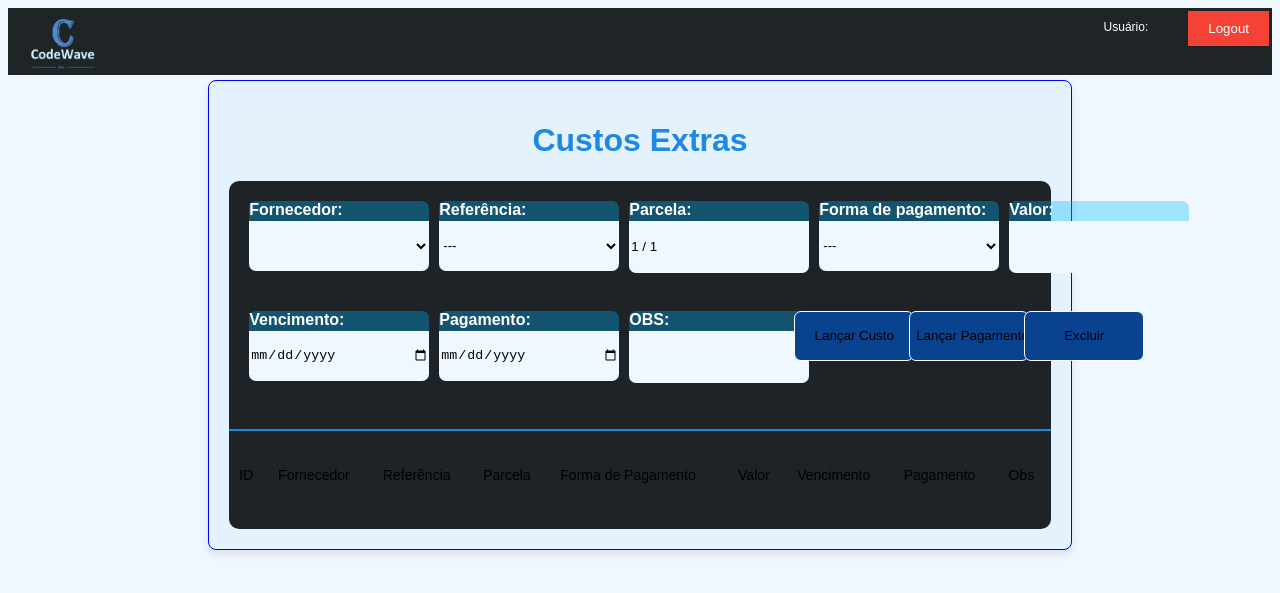
Repository: Romario-Brandao/CodeWave
Page: myproject/loja/templates/outras_despesas.html
An editor plug-in stored every save of this project. The page is shown before and after the next save, followed by the edit.
The browser window is 1280 px wide. The pictures show the whole page.
The template is drawn by Django 5.2. The application's start-up code is not run. Other server files are loaded and not shown. The template is opened directly, without the code that normally fills it, so the values that code supplies are empty.

Above is the page before, as saved 2025-03-01 01:33:03.

### myproject/loja/templates/outras_despesas.html
{% extends 'base.html' %} {% load static %} {% block body %}

<div class="form_fornecedor" style="width: 65%;">
  <h1>Custos Extras</h1>
  <div class="div_pai_custos_extras">
    <div style="display: flex;">
      <div class="caixas_barra_pesquisa_total">
        <h4 class="nome_caixa_item_parcelas">Fornecedor:</h4>
        <select name="fornecedor" class="caixa4">
          <option value=""></option>
          {% for item in fornecedores %}
          <option value="{{item.id}}">{{item.nome}}</option>
          {% endfor %}
        </select>
      </div>
      <div class="caixas_barra_pesquisa_total">
        <h4 class="nome_caixa_item_parcelas">Referência:</h4>
        <select name="forma_pg" class="caixa4" required>
          <option value="">---</option>
        <option value="AGUA">Água</option>
        <option value="CONTADOR">Contador</option>
        <option value="ENERGIA">Energia</option>
        <option value="INTERNET">Internet</option>
        <option value="SISTEMA ERP">Sistema ERP</option>
        <!-- <option value="ENERGIA"></option> -->
        </select>
      </div>
      <div class="caixas_barra_pesquisa_total">
        <h4 class="nome_caixa_item_parcelas">Parcela:</h4>
        <input type="text" name="parcela" class="caixa2_parcelas" value="1 / 1">
      </div>
      <div class="caixas_barra_pesquisa_total">
        <h4 class="nome_caixa_item_parcelas">Forma de pagamento:</h4>
        <select name="forma_pg" class="caixa4" required>
          <option value="">---</option>
          <option value="BOLETO">Boleto</option>
          <option value="C.CREDITO">C.Crédito</option>
          <option value="C.DEBITO">C.Débito</option>
          <option value="DINHEIRO">Dinheiro</option>
          <option value="PIX / TRANSFERENCIA">PIX / Transferência</option>
        </select>
      </div>
      <div class="caixas_barra_pesquisa_total">
        <h4 class="nome_caixa_item_parcelas">Valor:</h4>
        <input class="caixa2_parcelas" required name="valor" type="text" value="{{ valor_parcela }}" oninput="this.value=this.value.replace(/[^0-9,]/g, '').replace(/(,.*?)(,.*)/, '$1').replace(/(\d+),(\d{2})(\d.*)/, '$1,$2')">
      </div>
    </div>
    <div style="display: flex;">
      <div class="caixas_barra_pesquisa_total">
        <h4 class="nome_caixa_item_parcelas">Vencimento:</h4>
        <input class="caixa2_parcelas widht_data" required name="vencimento" type="date">
      </div>
      <div class="caixas_barra_pesquisa_total">
        <h4 class="nome_caixa_item_parcelas">Pagamento:</h4>
        <input class="caixa2_parcelas widht_data" name="pagamento" type="date"
        name="vencimento">
      </div>
      <div class="caixas_barra_pesquisa_total">
        <h4 class="nome_caixa_item_parcelas">OBS:</h4>
        <input class="caixa2_parcelas" type="text" name="obs"
        name="obs">
      </div>
      <div>
        <input class="butao_servico" type="submit" name="acao" value="Lançar Custo">
      </div>
      <div>
        <input class="butao_servico" type="submit" name="acao" value="Lançar Pagamento">
      </div>
      <div>
        <input class="butao_servico" type="submit" name="acao" value="Excluir">
      </div>
    </div>
    <hr>
    <br>
    <table>
      <tbody>
        <tr>
          <td>ID</td>
          <td>Fornecedor</td>
          <td>Referência</td>
          <td>Parcela</td>
          <td>Forma de Pagamento</td>
          <td>Valor</td>
          <td>Vencimento</td>
          <td>Pagamento</td>
          <td>Obs</td>
        </tr>
      </tbody>
    </table>
    <br><br>
  </div>
</div>


{% endblock %}

### myproject/loja/templates/base.html
{% load static %}
<!DOCTYPE html>
<html lang="pt-br">
  <head>
    <meta charset="UTF-8" />
    <meta name="viewport" content="width=device-width, initial-scale=1.0" />
    <title>"NOME DA EMPRESA"</title>
    <link rel="stylesheet" type="text/css" href="{% static 'css/main.css' %}" />
    <link rel="preconnect" href="https://fonts.googleapis.com" />
    <link rel="preconnect" href="https://fonts.gstatic.com" crossorigin />

    <link
      href="https://fonts.googleapis.com/css2?family=Inter:wght@400;700&display=swap"
      rel="stylesheet"
    />
  </head>
  <body>
    <div class="espaco_logo">
      <a class="imagem_logo" href="{% url 'menu' %}">
        <img src="{% static 'imagens/logo.jpeg' %}" alt="Logo" width="70px" />

        <!-- <img src="static/imagens/logo.jpeg" alt="Logo" width="70px" /> -->
      </a>
      <p class="nome_do_usuario">Usuário: {{ nome_usuario }}</p>
      <form method="POST" action="{% url 'logout' %}">
        {% csrf_token %}
        <button class="btn-logout" type="submit">Logout</button>
      </form>
    </div>

    {% block body %} {% endblock %}
  </body>
  <script>
    function applyPhoneMask(input) {
        // Remove tudo que não é número
        let value = input.value.replace(/\D/g, '');

        // Aplica a máscara (00) 0 0000-0000
        value = value.replace(/^(\d{2})(\d)/, '($1) $2');    // Coloca os parênteses e espaço
        value = value.replace(/(\d{1})(\d{4})(\d{4})$/, '$1 $2-$3'); // Coloca o espaço e traço

        // Atualiza o valor do campo
        input.value = value;
    }
  </script>
  <script>
    let isSubmitting = false;

    function preventMultipleSubmissions(form) {
      if (isSubmitting) {
        alert("O formulário já está sendo enviado. Aguarde...");
        return false;
      }
      isSubmitting = true;
      return true;
    }
  </script>
</html>

### myproject/static/css/main.css
.body_caixa {
  background-color: #09428e;
  background-color: rgba(1, 5, 8, 0.871);
  width: 1450px;
  height: 100%;
  margin: 50px 0 0 60px;
}

.caixa,
.sub_valor,
.forma_pg_valor {
  background-color: rgb(255, 255, 255);
}

.nome_caixa_item,
.nome_caixa_pg,
.titulos_lista_produtos,
.sub,
.forma_pg {
  color: rgb(255, 255, 255);
  background-color: rgba(0, 183, 255, 0.336);
}

/*  */
.cabecalho {
  background-color: blue;
  color: white;
  /* Adicione esta linha se quiser que o texto dentro do cabeçalho fique branco */
  padding: 2px;
  /* Adicione algum preenchimento para melhorar a aparência */
  display: flex;
}

.ferramentas {
  height: 83px;
  width: 200px;
  margin: 0 0 0 400px;
}

/*  */

.barra_pesquisa {
  display: flex;
  padding: 0 0 0 -10px;
}

/*  */
/*  */

.item_ferramenta {
  margin: 10px 0 0 0;
  background-color: blue;
  border-radius: 3px;
  text-align: center;
  height: 50px;
  width: 100px;
  border-radius: 7px;
  border: 1px solid black;
  color: aliceblue;
}

/*  */

.caixa_item {
  margin: 0 0 0 20px;
}

.caixa_item_compra {
  margin: 0 0 0 40px;
}

.caixa_item1 {
  margin: 0 0 0 0;
}

.sub_pg {
  display: flex;
}

.nome_caixa_item {
  border-radius: 7px 7px 0 0;
  height: 20px;
  width: 250px;
  margin: 0;
}

.caixa1 {
  border: 0;
  width: 250px;
  height: 50px;
  border-radius: 0 0 7px 7px;
  background-color: aliceblue;
  margin-top: 0;
}



.caixa_data {
  border: 0;
  width: 249px;
  height: 50px;
  border-radius: 0 0 7px 7px;
  background-color: aliceblue;
  margin-top: 0;
}

.caixa2 {
  border: 0;
  width: 246px;
  height: 50px;
  border-radius: 0 0 7px 7px;
  background-color: aliceblue;
  margin-top: 0;
}

.tamanho_cod_produto {
  width: 126px;
  height: 49px;
  margin: 0 20px 0 0;
}

.tamanho_cod_produto2 {
  width: 130px;
  margin: 0 20px 0 0;
}

.tamanho_cod_produto3 {
  margin: 0 -70px 0 80px;
}

.caixas_barra_pesquisa {
  width: 200px;
  height: 100px;
  margin: 0 0 10px 75px;
  border: 0;
}

.caixas_barra_pesquisa2 {
  width: 200px;
  height: 100px;
  margin: 0 0 10px 40px;
  border: 0;
}

.caixas_barra_pesquisa_excuir {
  width: 215px;
  height: 100px;
  margin: 0 60px 0 10px;
  border: 0;
}

.espacamento_caixa_excluir_compra {
  margin-left: 430px;
}

.caixa_botoes {
  margin: 0 0 0 70px;
}

.botao_caixa {
  width: 70px;
  height: 50px;
  border: 1px solid blue;
  margin: 0 0 0 10px;
  background-color: rgb(25, 0, 255);
  border-radius: 7px;
  color: #ffffff;
}

/*  */

.tela_principal {
  display: flex;
}

/*  */

.caixa_item_2 {
  margin: 0 10px 20px 0;
}

.caixa_item_3 {
  margin: 0 0 20px 70px;
}

.excluir_item {
  margin: 20px 0 0 7px;
}

.excluir_item {
  margin: 20px 0 0 70px;
}

.titulos_lista_produtos {
  background-color: rgba(0, 17, 255, 0.596);
  /* text-align: justify; */
  text-align: center;
  height: 20px;
  width: 100%;
  margin: 0;
  border-radius: 5px 5px 0 0;
}

.resumo_caixa {
  border-radius: 7px;
  margin: 0 0 0 5px;
  width: 990px;
  height: 343px;
  background-color: rgb(255, 255, 255);
  overflow-y: auto;
}

.resumo_caixa2 {
  margin: 0 0 0 -780px;
}

.resumo_caixa3 {
  border-radius: 7px;
  margin: 0 0 0 5px;
  width: 830px;
  height: 343px;
  background-color: rgb(255, 255, 255);
  overflow-y: auto;
}

.div_excluir_servico {
  display: flex;
  margin: 0 0 0 600px;
}

.sub {
  width: 290px;
  margin: 21px 10px 0 620px;
  border-radius: 7px 7px 0 0;
}

.sub_valor {
  width: 290px;
  height: 49px;
  margin: 0 10px 0 620px;
  border-radius: 0 0 7px 7px;
}

.forma_pg {
  width: 290px;
  margin: 21px 10px 0 10px;
  border-radius: 7px 7px 0 0;
}

.forma_pg_valor {
  width: 290px;
  height: 49px;
  margin: 0 80px 0 10px;
  border-radius: 0 0 7px 7px;
}

.butao_excluir_servico {
  width: 120px;
  height: 50px;
  border-radius: 7px;
  background-color: #8e091b;
  border: 1px solid white;
}

.butao_excluir_servico:hover {
  background-color: #be0b0bd2;
  border: none;
  color: white;
  cursor: pointer;
}

.finalizar_compra {
  margin: 0 0 0 10px;
}

.butao_excluir_servico1 {
  margin: 0 0 0 20px;
}

.butao_servico {
  width: 120px;
  height: 50px;
  border-radius: 7px;
  background-color: #09428e;
  border: 1px solid white;
}

.butao_servico:hover {
  background-color: #0b59be;
  border: none;
  color: white;
  cursor: pointer;
}

.botao_cadastrar_produtos,
.botao_laterar_produtos {
  display: flex;
}

.botao_adicionar {
  margin: 20px 0 0 20px;
  height: 35px;
}

.titulo_cadastro {
  display: flex;
}

tbody th {
  font-weight: normal;
  /* Remove o negrito */
  font-family: Arial, sans-serif;
  /* Altere para a fonte desejada */
  font-size: 14px;
}

.cabec_rel_prod {
  /* font-weight: normal; */
  /* Remove o negrito */
  font-family: Arial, sans-serif;
  /* Altere para a fonte desejada */
  font-size: 13px;
}

.font_rel_est {
  font-weight: normal;
  /* Caso existam células <td>, remova o negrito também */
  font-family: Arial, sans-serif;
  /* Altere para a fonte desejada */
  font-size: 11px;
}

tbody td {
  font-weight: normal;
  /* Caso existam células <td>, remova o negrito também */
  font-family: Arial, sans-serif;
  /* Altere para a fonte desejada */
  font-size: 14px;
}

table {
  width: 100%;
  border-collapse: collapse;
}

th,
td {
  /* border: 1px solid black;
  padding: 8px; */
  text-align: left;
}

tr:nth-child(even) {
  background-color: #add8e6;
  /* Cor azul claro */
}

.bloco_filtro {
  margin: 0 50px 20px 10px;
  border-left: 1px solid rgb(248, 3, 3);
}

.itens_bloco_filtro {
  margin: 0 0 0 10px;
}

.bloco_cad_prod,
.bloco_alt_prod {
  border: 1px solid blue;
  height: 400px;
  width: 500px;
  padding: 20px;
  margin: 0 20px 0 0;
  border-radius: 7px;
}

.tabela {
  margin-bottom: 0;
}

body {
  font-family: Arial, sans-serif;
  background-color: #f0f8ff;
}

.form_fornecedor {
  width: 50%;
  margin: auto;
  border: 1px solid blue;
  background-color: #e3f2fd;
  border-radius: 8px;
  padding: 20px;
  box-shadow: 0px 4px 8px rgba(0, 0, 0, 0.1);
}

h1 {
  text-align: center;
  color: #1e88e5;
}

hr {
  border: 1px solid #1e88e5;
}

.table_fornecedor {
  width: 100%;
  margin-bottom: 20px;
  border-spacing: 10px;
  /* Espaço entre células */
}

td {
  padding: 10px;
}

.label_for {
  font-weight: bold;
  color: #1565c0;
}

.input_cad_cli_for {
  width: 500px;
  padding: 10px;
  border: 1px solid #64b5f6;
  border-radius: 4px;
  background-color: #ffffff;
  font-size: 14px;
}

.input_cad_cli_for_select {
  width: 523px;
}

textarea.input_cad_cli_for {
  resize: none;
}

.input_cad_cli_for:focus {
  border-color: #1e88e5;
  outline: none;
}

.btn_submit_for {
  background-color: #1e88e5;
  color: white;
  padding: 10px 20px;
  border: none;
  border-radius: 4px;
  cursor: pointer;
  display: block;
  margin: 20px auto;
}

.btn_submit_for:hover {
  background-color: #1565c0;
}

.quant_vend_ult_d {
  border: 0;
  font-weight: bold;
  font-size: 12px;
  background-color: None;
}

.finalizar_excluir_item_compra {
  margin: -30px 0 0 585px;
}

.espaco_logo {
  display: flex;
  background-color: rgba(1, 5, 8, 0.871);
  width: 100%;
  margin: 0 0 5px 0;
}

.imagem_logo {
  margin: 0 0 0 20px;
}

.nome_do_usuario {
  /* align-items: end; */
  color: #ffffff;
  margin-left: auto;
  padding: 0 40px 0 0;
  font-size: 12px;
}

.menu {
  border: 1px solid black;
  border-radius: 7px;
  align-items: baseline;
  height: 560px;
  width: 400px;
  margin: 60px 0 0 200px;
  padding: 20px 10px 0 20px;
  background-color: rgba(1, 5, 8, 0.871);

}

.menu2 {
  max-height: 480px;
  /* Define a altura máxima para a div menu2 */
  overflow-y: auto;
  /* Ativa a barra de rolagem vertical apenas para menu2 */
  scrollbar-width: none;
  /* Remove a barra visível no Firefox */
  -ms-overflow-style: none;
  /* Remove a barra no IE e Edge */
}

.menu2::-webkit-scrollbar {
  display: none;
  /* Remove a barra de rolagem nos navegadores WebKit */
}

.link_menu {
  text-decoration: none;
  color: #ffffff;
  display: inline-block;
  /* Permite que o background preencha o espaço */
  transition: background-color 0.2s;
  /* Suaviza a transição de cor */
  width: 100%;
  height: 30px;
  /* padding: 1px 0 0 2px; */
}

.link_menu:hover,
a:active,
a:focus {
  text-decoration: none;
  /* Mantém o sublinhado removido mesmo ao passar o mouse ou focar */
  color: inherit;
  /* Mantém a cor ao passar o mouse ou focar */
}

.link_menu:hover {
  background-color: #ffffff;
  /* Define a cor de fundo ao passar o mouse */
  border-radius: 5px;
}

.resumo_contas_pag_rec {
  border-right: 1px solid red;
  margin: 0 10px 0 0;
  padding: 0 10px 0 0;
}

.btn-logout {
  background-color: #f44336;
  color: white;
  border: none;
  padding: 10px 20px;
  cursor: pointer;
  margin: 3px 3px 0 0;
}

.btn-logout:hover {
  background-color: #d32f2f;
}

.body {
  text-align: center;
  /* background: linear-gradient(to bottom, rgb(0, 217, 255) 50%, rgb(17, 0, 255) 100%); */
  background: linear-gradient(to bottom, #011b4d 40%, #f70202 190%);
  /* background: linear-gradient(to bottom, #001845 50%, #000 100%); */
  overflow: hidden;
  height: 100vh;
  margin: 0;
  position: relative;
}

.login {
  border: solid 3px rgb(248, 61, 4);
  margin: 60px 0 200px 200px;
  padding: 50px;
  border-radius: 20px;
  width: 300px;
  text-align: left;
  color: white;
}

.login h1 {
  color: rgb(3, 248, 3);
  /* Define a cor verde clara para o título "Login" */
}

.login,
.input_login,
.hr_login {
  margin-bottom: 20px;
  /* Adiciona espaçamento abaixo do <hr> */
}

.titulo {
  text-align: center;
}

.label_login {
  display: block;
  /* Garante que o rótulo ocupe uma linha inteira */
  margin-top: 10px;
  /* Adiciona espaço acima dos rótulos */
}

.caixa_login {
  width: calc(100% - 22px);
  /* Adapta a largura ao container com 10px de padding e 1px de borda de cada lado */
  padding: 10px;
  border: 1px solid #ccc;
  /* Cor e espessura da borda */
  border-radius: 5px;
  /* Cantos arredondados */
  box-sizing: border-box;
  /* Inclui padding e borda na largura total */
}

.botao_login {
  background-color: rgb(0, 0, 255);
  /* Cor de fundo do botão */
  border: none;
  /* Remove a borda padrão */
  color: black;
  /* Cor do texto */
  padding: 10px 20px;
  /* Espaçamento interno */
  text-align: center;
  /* Centraliza o texto */
  text-decoration: none;
  /* Remove sublinhado */
  display: inline-block;
  /* Permite a definição de padding e margin */
  font-size: 16px;
  /* Tamanho da fonte */
  margin-top: 10px;
  /* Espaçamento superior */
  border-radius: 5px;
  /* Cantos arredondados */
  cursor: pointer;
  /* Cursor de mãozinha ao passar o mouse */
  transition: background-color 0.3s ease;
  /* Transição suave para mudança de cor */
}

.botao_login:hover {
  background-color: DarkBlue;
  /* Cor de fundo ao passar o mouse */
  color: #ccc;
}

.input_login {
  margin: 20px 0 20px 0;
  border: 1px solid #001845;
  border-radius: 7px;
  height: 30px;
  width: 100%;
}

.caixa_div_produto {
  margin: 30px 0 20px 0;
  display: flex;
}

.produto_cadastro {
  margin: 0 0 0 60px;
}

.label_uni_med {
  margin: 0 0 0 47px;
}

.tr_cad_produtos {
  width: 25%;
}

.bloco_filtro_dashboard {
  margin: 10px 0 0 15px;
}

.filtro_dashboard_anos {
  display: flex;
}

.caixas_barra_pesquisa3 {
  width: 300px;
}

.caixa3,
.nome_caixa_item3 {
  width: 355px;
}

.butao_servico {
  margin: 0 0 0 -5px;
}

.caixas_barra_pesquisa_total {
  width: 120px;
  height: 100px;
  margin: 0 50px 10px 20px;
  border: 0;
  gap: 30px;
}

.nome_caixa_item_parcelas {
  color: rgb(255, 255, 255);
  background-color: rgba(0, 183, 255, 0.336);
  border-radius: 7px 7px 0 0;
  height: 20px;
  width: 180px;
  margin: 0;
}

.caixa2_parcelas {
  border: 0;
  width: 146.5%;
  height: 50px;
  border-radius: 0 0 7px 7px;
  background-color: aliceblue;
  margin-top: 0;
}

.button_fechamento {
  height: 70%;
  width: 120%;
  background-color: rgba(0, 128, 0, 0.281);
  border-radius: 7px;
  border: 1px solid white;
}

.button_fechamento:hover {
  background-color: rgba(0, 128, 0, 0.788);
  border: none;
  color: white;
  cursor: pointer;
}

.caixa4 {
  border: 0;
  width: 180px;
  height: 50px;
  border-radius: 0 0 7px 7px;
  background-color: aliceblue;
  margin-top: 0;
}

.td_contas {
  padding: 0;
  margin: 0;
  text-align: right;
}


.nome_caixa_item2 {
  width: 120px;
}

.input_caixa_item2 {
  width: 116px;
}

.table-container {
  max-height: 300px;
  /* Altura máxima da tabela */
  overflow-y: auto;
  /* Habilita rolagem vertical */
}

.table-fixa th {
  position: sticky;
  /* Torna os cabeçalhos fixos */
  top: 0;
  /* Fixa no topo durante a rolagem */
  background-color: #f9f9f9;
  /* Cor de fundo do cabeçalho */
  z-index: 2;
  /* Garante que o cabeçalho fique acima das células */
}

.widht_data {
  width: 179px;
}

.hr_parcela {
  width: 50%;
  margin-left: 20px;
  height: 0.10px;
  background-color: yellow;
  border: none;
}


.menu_relatorio {
  display: none;
  position: absolute;
  /* Permite que o menu seja posicionado sobre outros elementos */
  background-color: rgba(1, 5, 8, 0.871);
  width: 300%;
  padding: 10px;
  z-index: 10;
  /* Garante que o menu esteja acima de outros elementos */
}

.barra_menu_relatorio {
  position: relative;
  /* Necessário para que o menu seja posicionado relativo a este elemento */
  width: 100%;
}

.barra_menu_relatorio:hover .menu_relatorio {
  display: block;
  left: 100px;
  /* margin: 0 0 0 50%; */
}



.form_fornecedor_relatorio {
  width: 95%;
}

.checkbox-container {
  width: 100px;
  display: grid;
  grid-template-columns: repeat(3, 1fr);
  /* Três colunas */
  gap: 10px;
  /* Espaçamento entre os itens */
  align-items: center;
  /* Alinha verticalmente os elementos */
}


.checkbox_folha {
  display: flex;
  justify-content: space-between;
}

.input_folha {
  width: 80px;
  border-radius: 3px;
}

#listaProdutos,
#listaServicos {
  position: absolute;
  display: none;
  width: 400px;
  height: 220px;
  overflow-y: auto;
  border: 2px solid #00000065;
  border-radius: 10px;
  padding: 5px;
  margin-top: 5px;
  background-color: white;
  color: #333;
  outline: none;
  z-index: 10;
}

#listaProdutos option:hover,
#listaServicos option:hover {
  background-color: #5490cf8c;
  color: rgb(48, 45, 45);
}

.div_pai_custos_extras {
  padding-top: 20px;
  background-color: rgba(1, 5, 8, 0.871);
  border-radius: 10px;

}

After the next save:
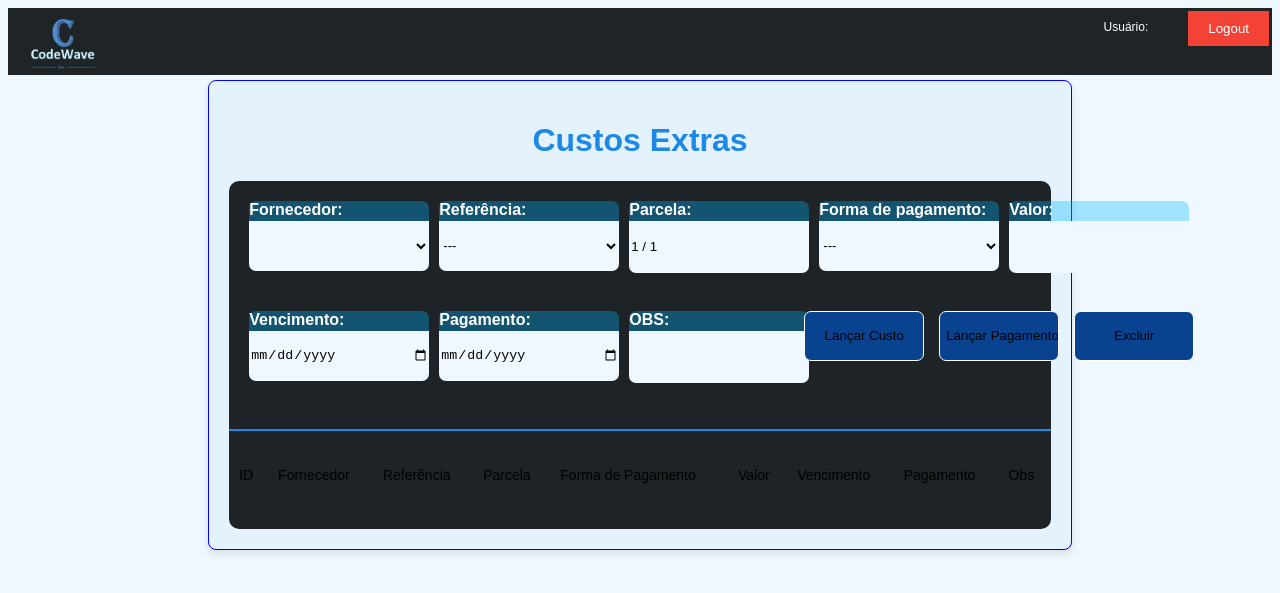
Saved 30 s later.
--- a/myproject/loja/templates/outras_despesas.html
+++ b/myproject/loja/templates/outras_despesas.html
@@ -60,13 +60,13 @@
         <input class="caixa2_parcelas" type="text" name="obs"
         name="obs">
       </div>
-      <div>
+      <div style="margin: 0 10px 0 10px;">
         <input class="butao_servico" type="submit" name="acao" value="Lançar Custo">
       </div>
-      <div>
+      <div style="margin: 0 10px 0 10px;">
         <input class="butao_servico" type="submit" name="acao" value="Lançar Pagamento">
       </div>
-      <div>
+      <div style="margin: 0 10px 0 10px;">
         <input class="butao_servico" type="submit" name="acao" value="Excluir">
       </div>
     </div>
